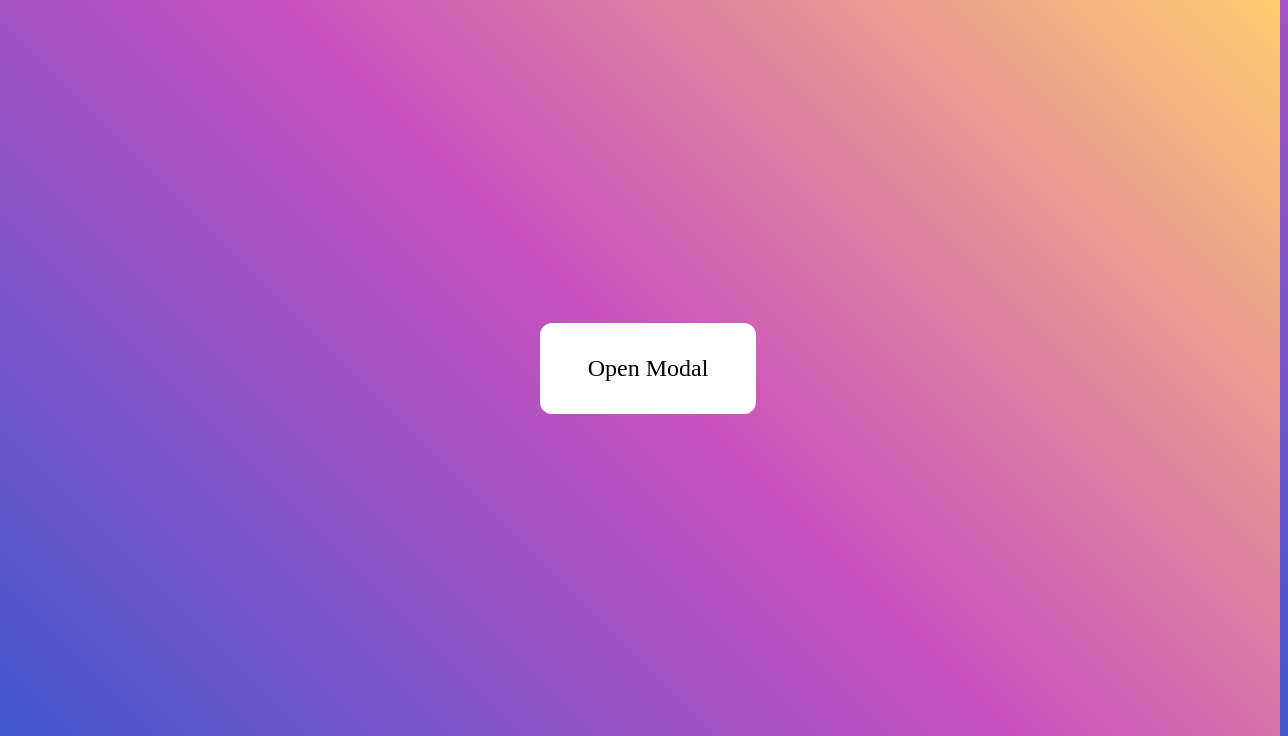
Repository: HoanTiny/30projects-30day
Page: Day 3/index.html
An editor plug-in stored every save of this project. The page is shown before and after the next save, followed by the edit.
The browser window is 1280 px wide. The page is 1288 px wide, so the pictures cover 1288 px, including what lies to the right of the window. The pictures show the whole page.
After loading, the first visible `div.btn` was clicked once.
Some web libraries are served in a nearby version.

Above is the page before, as saved 2021-12-01 16:21:44.

After the next save:
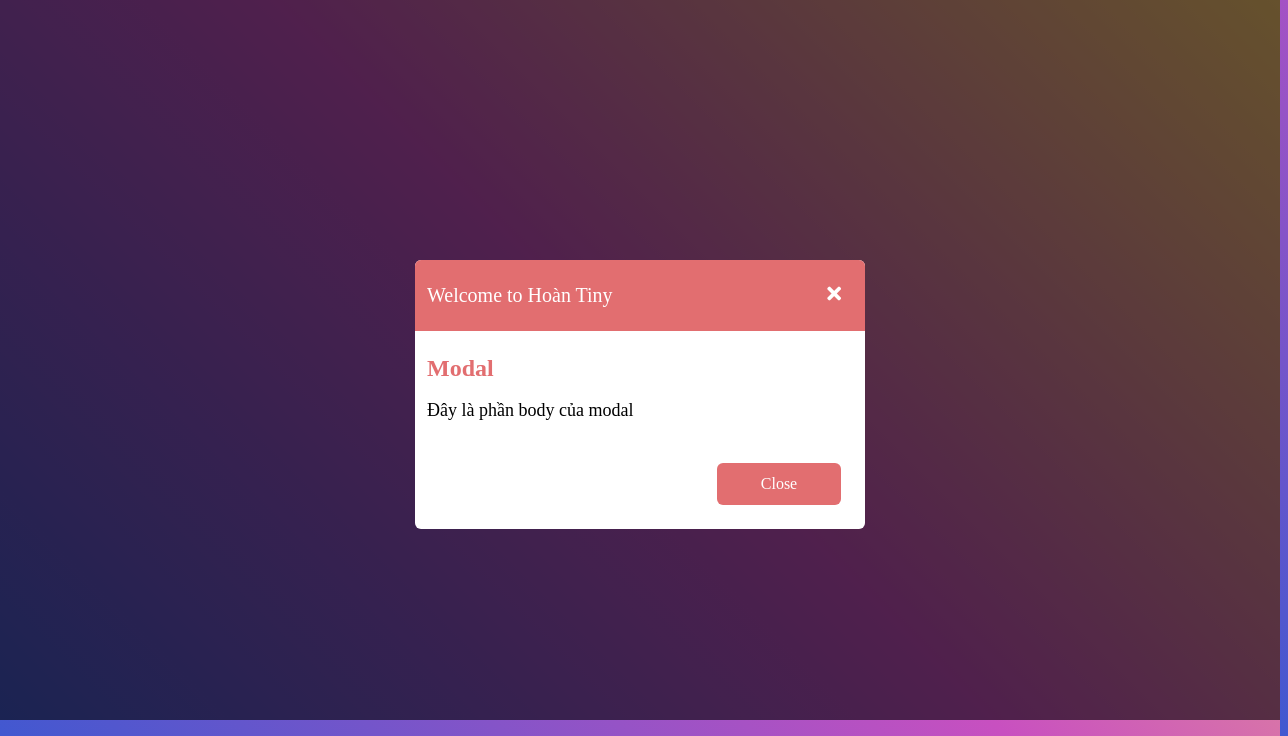
Saved 15 s later.
--- a/Day 3/js.js
+++ b/Day 3/js.js
@@ -2,5 +2,5 @@ const buttonBtn = document.querySelector(".btn");
 const modal = document.querySelector(".modal");
 
 buttonBtn.addEventListener("click", function () {
-    console.log("hi");
+    modal.classList.add("active");
 });
